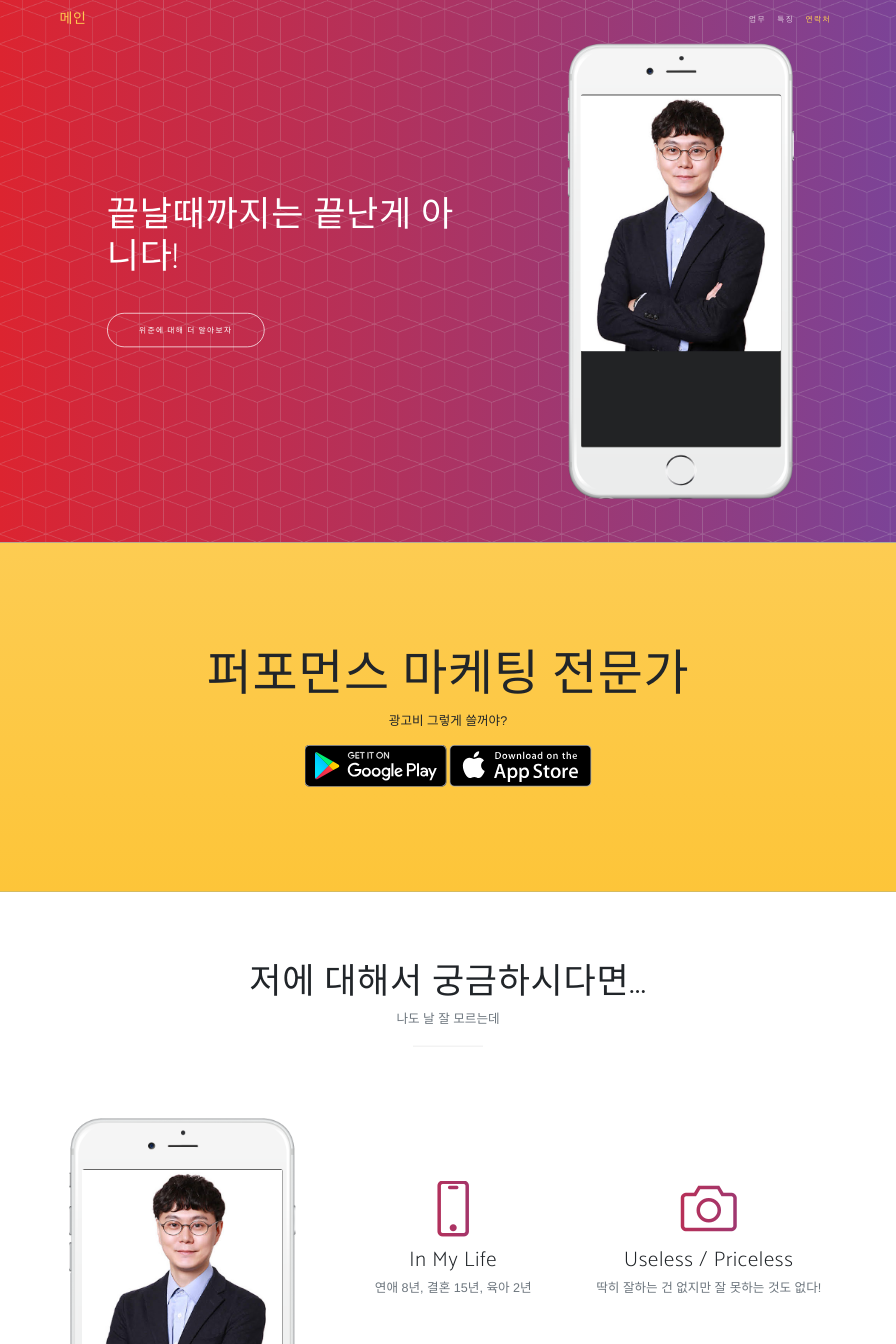
Repository: wijune0327/wijune0327.github.com
Page: introduce/index.html
The author's editor kept a record of every edit. The page is drawn from the files as they stood at one moment, then again after the next edit.
The browser window is 1280 px wide. The pictures show the part of the page from y = 0 to 1920 px (the page is 3573 px tall), at 70% of full size.
Some web fonts or font styles are not loaded; a fallback is used.

Above is the page before.

### introduce/index.html
<!DOCTYPE html>
<html lang="kor">

<head>

  <meta charset="utf-8">
  <meta name="viewport" content="width=device-width, initial-scale=1, shrink-to-fit=no">
  <meta name="description" content="">
  <meta name="author" content="">

  <title>퀴즈 맞추고 줍줍! OO OO OO 위준</title>

  <!-- Bootstrap core CSS -->
  <link href="vendor/bootstrap/css/bootstrap.min.css" rel="stylesheet">

  <!-- Custom fonts for this template -->
  <link href="vendor/fontawesome-free/css/all.min.css" rel="stylesheet">
  <link rel="stylesheet" href="vendor/simple-line-icons/css/simple-line-icons.css">
  <link href="https://fonts.googleapis.com/css?family=Lato" rel="stylesheet">
  <link href="https://fonts.googleapis.com/css?family=Catamaran:100,200,300,400,500,600,700,800,900" rel="stylesheet">
  <link href="https://fonts.googleapis.com/css?family=Muli" rel="stylesheet">

  <!-- Plugin CSS -->
  <link rel="stylesheet" href="device-mockups/device-mockups.css">

  <!-- Custom styles for this template -->
  <link href="css/new-age.min.css" rel="stylesheet">

</head>

<body id="page-top">

  <!-- Navigation -->
  <nav class="navbar navbar-expand-lg navbar-light fixed-top" id="mainNav">
    <div class="container">
      <a class="navbar-brand js-scroll-trigger" href="#page-top">메인</a>
      <button class="navbar-toggler navbar-toggler-right" type="button" data-toggle="collapse" data-target="#navbarResponsive" aria-controls="navbarResponsive" aria-expanded="false" aria-label="Toggle navigation">
        Menu
        <i class="fas fa-bars"></i>
      </button>
      <div class="collapse navbar-collapse" id="navbarResponsive">
        <ul class="navbar-nav ml-auto">
          <li class="nav-item">
            <a class="nav-link js-scroll-trigger" href="#download">업무</a>
          </li>
          <li class="nav-item">
            <a class="nav-link js-scroll-trigger" href="#features">특징</a>
          </li>
          <li class="nav-item">
            <a class="nav-link js-scroll-trigger" href="#contact">연락처</a>
          </li>
        </ul>
      </div>
    </div>
  </nav>

  <header class="masthead">
    <div class="container h-100">
      <div class="row h-100">
        <div class="col-lg-7 my-auto">
          <div class="header-content mx-auto">
            <h1 class="mb-5">끝날때까지는 끝난게 아니다!</h1>
            <a href="#download" class="btn btn-outline btn-xl js-scroll-trigger">위준에 대해 더 알아보자</a>
          </div>
        </div>
        <div class="col-lg-5 my-auto">
          <div class="device-container">
            <div class="device-mockup iphone6_plus portrait white">
              <div class="device">
                <div class="screen">
                  <!-- Demo image for screen mockup, you can put an image here, some HTML, an animation, video, or anything else! -->
                  <img src="img/wijune.jpg" class="img-fluid" alt="">
                </div>
                <div class="button">
                  <!-- You can hook the "home button" to some JavaScript events or just remove it -->
                </div>
              </div>
            </div>
          </div>
        </div>
      </div>
    </div>
  </header>

  <section class="download bg-primary text-center" id="download">
    <div class="container">
      <div class="row">
        <div class="col-md-8 mx-auto">
          <h2 class="section-heading">퍼포먼스 마케팅 전문가</h2>
          <p>광고비 그렇게 쓸꺼야?</p>
          <div class="badges">
            <a class="badge-link" href="#"><img src="img/google-play-badge.svg" alt=""></a>
            <a class="badge-link" href="#"><img src="img/app-store-badge.svg" alt=""></a>
          </div>
        </div>
      </div>
    </div>
  </section>

  <section class="features" id="features">
    <div class="container">
      <div class="section-heading text-center">
        <h2> 저에 대해서 궁금하시다면... </h2>
        <p class="text-muted"> 나도 날 잘 모르는데</p>
        <hr>
      </div>
      <div class="row">
        <div class="col-lg-4 my-auto">
          <div class="device-container">
            <div class="device-mockup iphone6_plus portrait white">
              <div class="device">
                <div class="screen">
                  <!-- Demo image for screen mockup, you can put an image here, some HTML, an animation, video, or anything else! -->
                  <img src="img/wijune.jpg" class="img-fluid" alt="">
                </div>
                <div class="button">
                  <!-- You can hook the "home button" to some JavaScript events or just remove it -->
                </div>
              </div>
            </div>
          </div>
        </div>
        <div class="col-lg-8 my-auto">
          <div class="container-fluid">
            <div class="row">
              <div class="col-lg-6">
                <div class="feature-item">
                  <i class="icon-screen-smartphone text-primary"></i>
                  <h3>In My Life</h3>
                  <p class="text-muted">연애 8년, 결혼 15년, 육아 2년</p>
                </div>
              </div>
              <div class="col-lg-6">
                <div class="feature-item">
                  <i class="icon-camera text-primary"></i>
                  <h3>Useless / Priceless</h3>
                  <p class="text-muted">딱히 잘하는 건 없지만 잘 못하는 것도 없다!</p>
                </div>
              </div>
            </div>
            <div class="row">
              <div class="col-lg-6">
                <div class="feature-item">
                  <i class="icon-present text-primary"></i>
                  <h3>Live Like Lion</h3>
                  <p class="text-muted">멋쟁이 사자처럼으로 멋지게 살자</p>
                </div>
              </div>
              <div class="col-lg-6">
                <div class="feature-item">
                  <i class="icon-lock-open text-primary"></i>
                  <h3>Don`t Give Up</h3>
                  <p class="text-muted">이제 될때까지 해보자</p>
                </div>
              </div>
            </div>
          </div>
        </div>
      </div>
    </div>
  </section>

  <section class="cta">
    <div class="cta-content">
      <div class="container">
        <h2>Stop waiting.<br>Start building.</h2>
        <a href="#contact" class="btn btn-outline btn-xl js-scroll-trigger">Let's Get Started!</a>
      </div>
    </div>
    <div class="overlay"></div>
  </section>

  <section class="contact bg-primary" id="contact">
    <div class="container">
      <h2>We
        <i class="fas fa-heart"></i>
        new friends!</h2>
      <ul class="list-inline list-social">
        <li class="list-inline-item social-twitter">
          <a href="https://twitter.com/przun">
            <i class="fab fa-twitter"></i>
          </a>
        </li>
        <li class="list-inline-item social-facebook">
          <a href="https://www.facebook.com/wijune0327">
            <i class="fab fa-facebook-f"></i>
          </a>
        </li>
        <li class="list-inline-item social-google-plus">
          <a href="#">
            <i class="fab fa-google-plus-g"></i>
          </a>
        </li>
      </ul>
    </div>
  </section>

  <footer>
    <div class="container">
      <p>&copy; Your Website 2019. All Rights Reserved.</p>
      <ul class="list-inline">
        <li class="list-inline-item">
          <a href="#">Privacy</a>
        </li>
        <li class="list-inline-item">
          <a href="#">Terms</a>
        </li>
        <li class="list-inline-item">
          <a href="#">FAQ</a>
        </li>
      </ul>
    </div>
  </footer>

  <!-- Bootstrap core JavaScript -->
  <script src="vendor/jquery/jquery.min.js"></script>
  <script src="vendor/bootstrap/js/bootstrap.bundle.min.js"></script>

  <!-- Plugin JavaScript -->
  <script src="vendor/jquery-easing/jquery.easing.min.js"></script>

  <!-- Custom scripts for this template -->
  <script src="js/new-age.min.js"></script>

</body>

</html>

Loaded but not shown: introduce/vendor/bootstrap/css/bootstrap.min.css (library); introduce/vendor/fontawesome-free/css/all.min.css (library); introduce/vendor/simple-line-icons/css/simple-line-icons.css (library); introduce/css/new-age.min.css (library); introduce/vendor/jquery/jquery.min.js (library); introduce/vendor/bootstrap/js/bootstrap.bundle.min.js (library); introduce/vendor/jquery-easing/jquery.easing.min.js (common file); introduce/js/new-age.min.js (common file); introduce/device-mockups/device-mockups.css (772 lines, source omitted)

After the next edit:
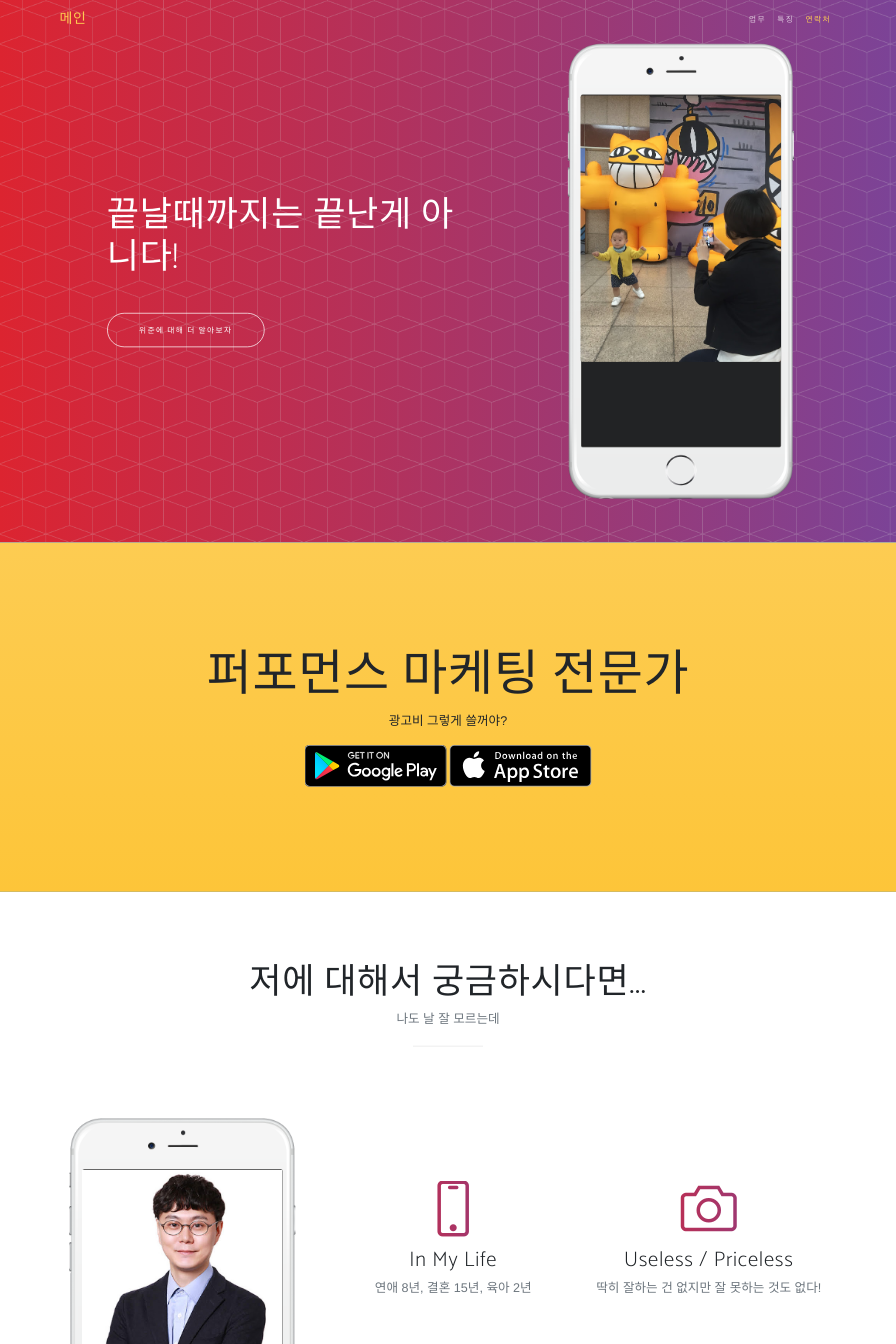
The edit:
--- a/introduce/index.html
+++ b/introduce/index.html
@@ -69,7 +69,7 @@
               <div class="device">
                 <div class="screen">
                   <!-- Demo image for screen mockup, you can put an image here, some HTML, an animation, video, or anything else! -->
-                  <img src="img/wijune.jpg" class="img-fluid" alt="">
+                  <img src="img/wijune2.jpg" class="img-fluid" alt="">
                 </div>
                 <div class="button">
                   <!-- You can hook the "home button" to some JavaScript events or just remove it -->
